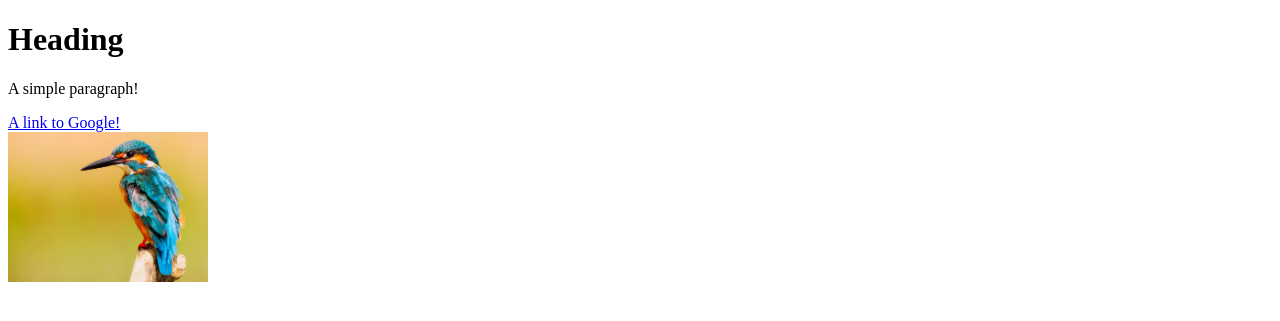
Repository: MizuS94/Curs-HTML---CSS
Page: Heading, paragraphs, links/6.inlinevsblock.html
These files come from the project's save history. The page is drawn as it stood at one moment and after the next save; the edit follows.
The browser window is 1280 px wide. The pictures show the whole page.

Above is the page before, as saved 2024-03-07 14:07:34.

After the next save:
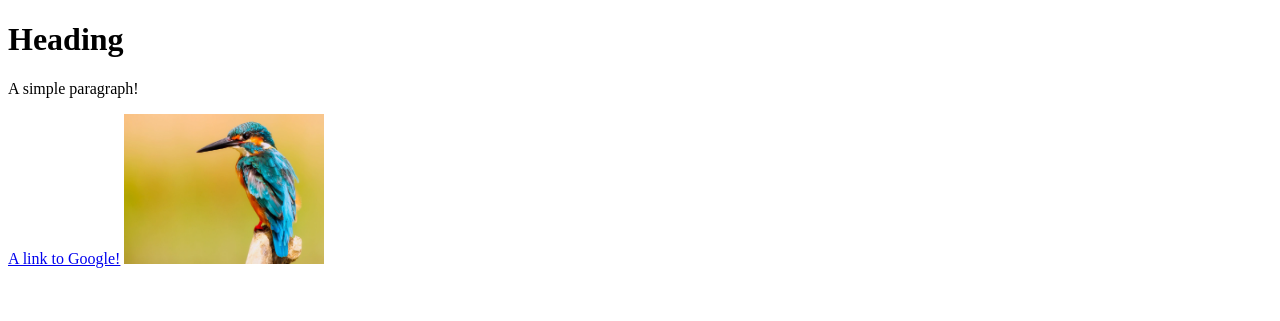
Saved 100 s later.
--- a/Heading, paragraphs, links/6.inlinevsblock.html
+++ b/Heading, paragraphs, links/6.inlinevsblock.html
@@ -9,7 +9,6 @@
     <h1>Heading</h1>
     <p>A simple paragraph!</p>
     <a href="https://www.google.com/" title="Google Link">A link to Google!</a>
-    <br>
     <img src="Images/bird.jpg" alt="Photo with bird" width="200px" height="150px">
 </body>
 </html>
